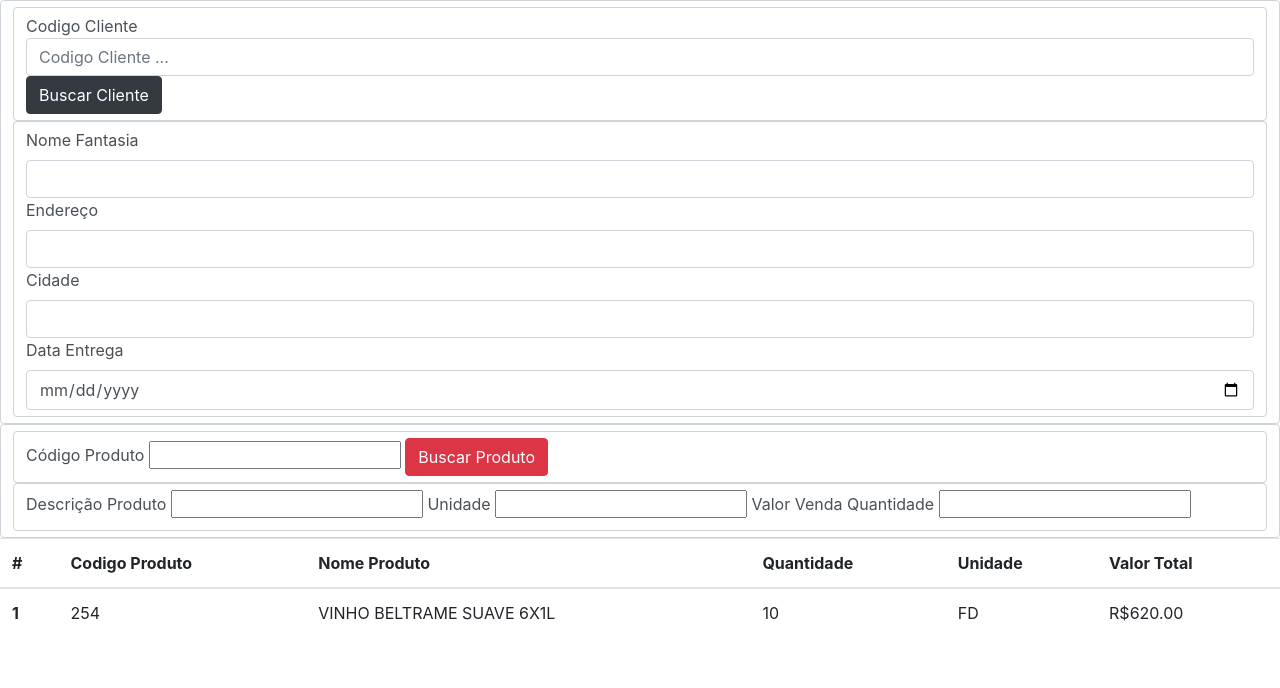
Repository: RobertoAntunes35/controle-estoque
Page: backend/templates/paginaGeracaoPedidos.html
An editor plug-in stored every save of this project. The page is shown before and after the next save, followed by the edit.
The browser window is 1280 px wide. The pictures show the whole page.
Some web libraries are served in a nearby version. The template is drawn by Flask 3. The application's start-up code is not run. The template is opened directly, without the code that normally fills it, so the values that code supplies are empty.

Above is the page before, as saved 2023-06-06 10:48:08.

After the next save:
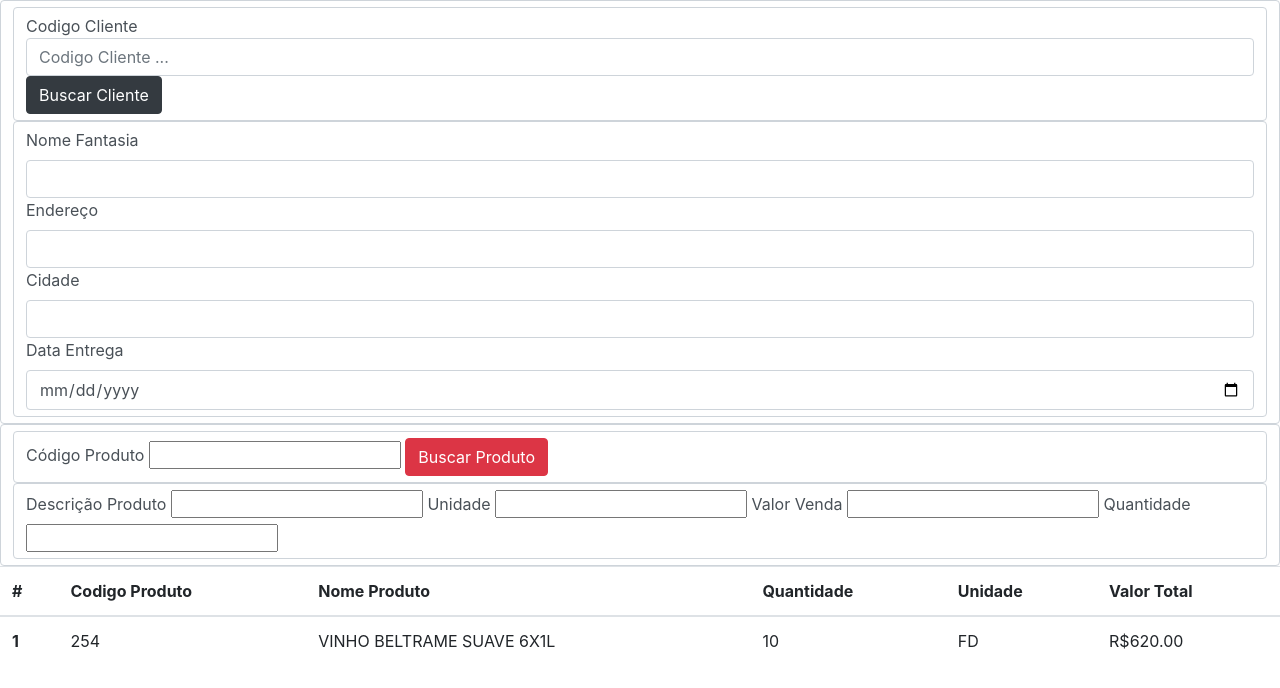
Saved 33 s later.
--- a/backend/templates/paginaGeracaoPedidos.html
+++ b/backend/templates/paginaGeracaoPedidos.html
@@ -38,9 +38,11 @@
                         <input type="text" name="descricaoProduto" id="descricaoProduto">
 
                         <label for="">Unidade</label>
-                        <input type="text">
+                        <input type="text" name="unidadeProduto" id="unidadeProduto">
 
                         <label for="">Valor Venda</label>
+                        <input type="number" name="valorVenda" id="valorVenda">
+
                         <label for="">Quantidade</label>
                         <input type="number">
                     </div>
